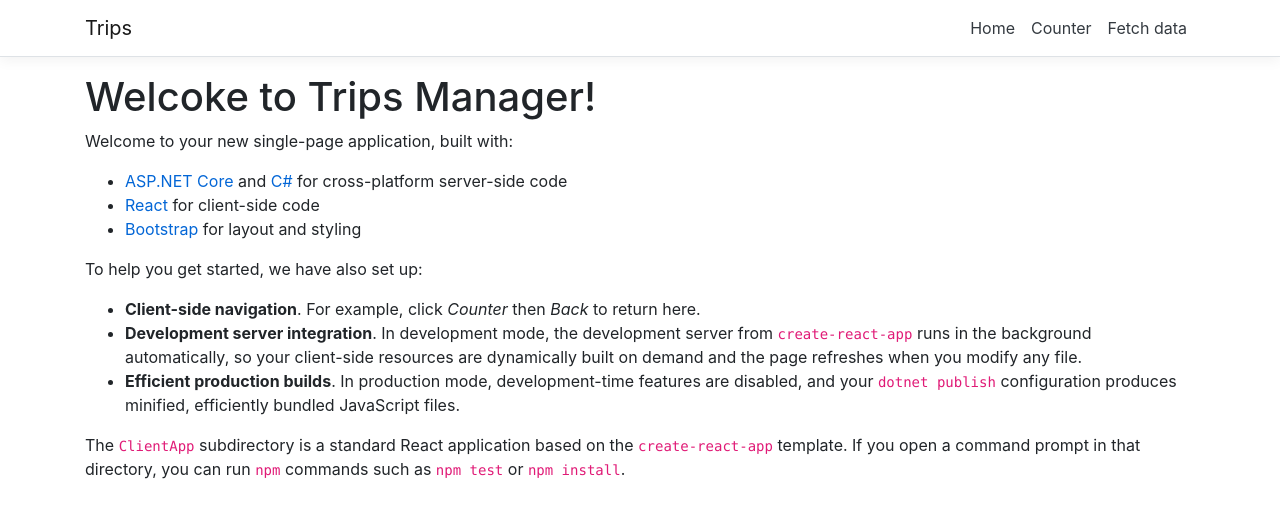
Repository: DevLuDaley/Trips
Page: / (app in ClientApp/)
An editor plug-in stored every save of this project. The page is shown before and after the next save, followed by the edit.
The browser window is 1280 px wide. The pictures show the whole page.
The project was rebuilt for these pictures with package versions that can differ from the ones it lists, and the page was loaded fresh each time. Also part of the build but not shown: ClientApp/src/components/FetchData.js, ClientApp/src/components/Counter.js, ClientApp/src/components/Trip/Trips.jsx.

Above is the page before, as saved 2020-11-06 10:46:20.

### ClientApp/public/index.html
<!DOCTYPE html>
<html lang="en">
  <head>
    <meta charset="utf-8">
    <meta name="viewport" content="width=device-width, initial-scale=1, shrink-to-fit=no">
    <meta name="theme-color" content="#000000">
    <base href="%PUBLIC_URL%/" />
    <!--
      manifest.json provides metadata used when your web app is added to the
      homescreen on Android. See https://developers.google.com/web/fundamentals/engage-and-retain/web-app-manifest/
    -->
    <link rel="manifest" href="%PUBLIC_URL%/manifest.json">
    <link rel="shortcut icon" href="%PUBLIC_URL%/favicon.ico">
    <!--
      Notice the use of %PUBLIC_URL% in the tags above.
      It will be replaced with the URL of the `public` folder during the build.
      Only files inside the `public` folder can be referenced from the HTML.

      Unlike "/favicon.ico" or "favicon.ico", "%PUBLIC_URL%/favicon.ico" will
      work correctly both with client-side routing and a non-root public URL.
      Learn how to configure a non-root public URL by running `npm run build`.
    -->
    <title>Trips</title>
  </head>
  <body>
    <noscript>
      You need to enable JavaScript to run this app.
    </noscript>
    <div id="root"></div>
    <!--
      This HTML file is a template.
      If you open it directly in the browser, you will see an empty page.

      You can add webfonts, meta tags, or analytics to this file.
      The build step will place the bundled scripts into the <body> tag.

      To begin the development, run `npm start` or `yarn start`.
      To create a production bundle, use `npm run build` or `yarn build`.
    -->
  </body>
</html>

### ClientApp/src/App.js
import React, { Component } from 'react';
import { Route } from 'react-router';
import { Layout } from './components/Layout';
import { Home } from './components/Home';
import { FetchData } from './components/FetchData';
import { Counter } from './components/Counter';

import './custom.css'
import Trips from './components/Trip/Trips.jsx';

export default class App extends Component {
  static displayName = App.name;

  render () {
    return (
      <Layout>
        <Route exact path='/' component={Home} />
        <Route path='/counter' component={Counter} />
        <Route path='/fetch-data' component={FetchData} />
        <Route path='/trips' component={Trips} />
      </Layout>
    );
  }
}

### ClientApp/src/components/Home.js
import React, { Component } from 'react';

export class Home extends Component {
  static displayName = Home.name;

  render () {
    return (
      <div>
        <h1>Welcoke to Trips Manager!</h1>
        <p>Welcome to your new single-page application, built with:</p>
        <ul>
          <li><a href='https://get.asp.net/'>ASP.NET Core</a> and <a href='https://msdn.microsoft.com/en-us/library/67ef8sbd.aspx'>C#</a> for cross-platform server-side code</li>
          <li><a href='https://facebook.github.io/react/'>React</a> for client-side code</li>
          <li><a href='http://getbootstrap.com/'>Bootstrap</a> for layout and styling</li>
        </ul>
        <p>To help you get started, we have also set up:</p>
        <ul>
          <li><strong>Client-side navigation</strong>. For example, click <em>Counter</em> then <em>Back</em> to return here.</li>
          <li><strong>Development server integration</strong>. In development mode, the development server from <code>create-react-app</code> runs in the background automatically, so your client-side resources are dynamically built on demand and the page refreshes when you modify any file.</li>
          <li><strong>Efficient production builds</strong>. In production mode, development-time features are disabled, and your <code>dotnet publish</code> configuration produces minified, efficiently bundled JavaScript files.</li>
        </ul>
        <p>The <code>ClientApp</code> subdirectory is a standard React application based on the <code>create-react-app</code> template. If you open a command prompt in that directory, you can run <code>npm</code> commands such as <code>npm test</code> or <code>npm install</code>.</p>
      </div>
    );
  }
}

### ClientApp/src/components/NavMenu.js
import React, { Component } from 'react';
import { Collapse, Container, Navbar, NavbarBrand, NavbarToggler, NavItem, NavLink } from 'reactstrap';
import { Link } from 'react-router-dom';
import './NavMenu.css';

export class NavMenu extends Component {
  static displayName = NavMenu.name;

  constructor (props) {
    super(props);

    this.toggleNavbar = this.toggleNavbar.bind(this);
    this.state = {
      collapsed: true
    };
  }

  toggleNavbar () {
    this.setState({
      collapsed: !this.state.collapsed
    });
  }

  render () {
    return (
      <header>
        <Navbar className="navbar-expand-sm navbar-toggleable-sm ng-white border-bottom box-shadow mb-3" light>
          <Container>
            <NavbarBrand tag={Link} to="/trips">Trips</NavbarBrand>
            <NavbarToggler onClick={this.toggleNavbar} className="mr-2" />
            <Collapse className="d-sm-inline-flex flex-sm-row-reverse" isOpen={!this.state.collapsed} navbar>
              <ul className="navbar-nav flex-grow">
                <NavItem>
                  <NavLink tag={Link} className="text-dark" to="/">Home</NavLink>
                </NavItem>
                <NavItem>
                  <NavLink tag={Link} className="text-dark" to="/counter">Counter</NavLink>
                </NavItem>
                <NavItem>
                  <NavLink tag={Link} className="text-dark" to="/fetch-data">Fetch data</NavLink>
                </NavItem>
              </ul>
            </Collapse>
          </Container>
        </Navbar>
      </header>
    );
  }
}

Loaded but not shown: ClientApp/src/index.js (common file); ClientApp/src/registerServiceWorker.js (common file); ClientApp/src/components/Layout.js (common file); ClientApp/src/custom.css (common file); ClientApp/src/components/NavMenu.css (common file)

After the next save:
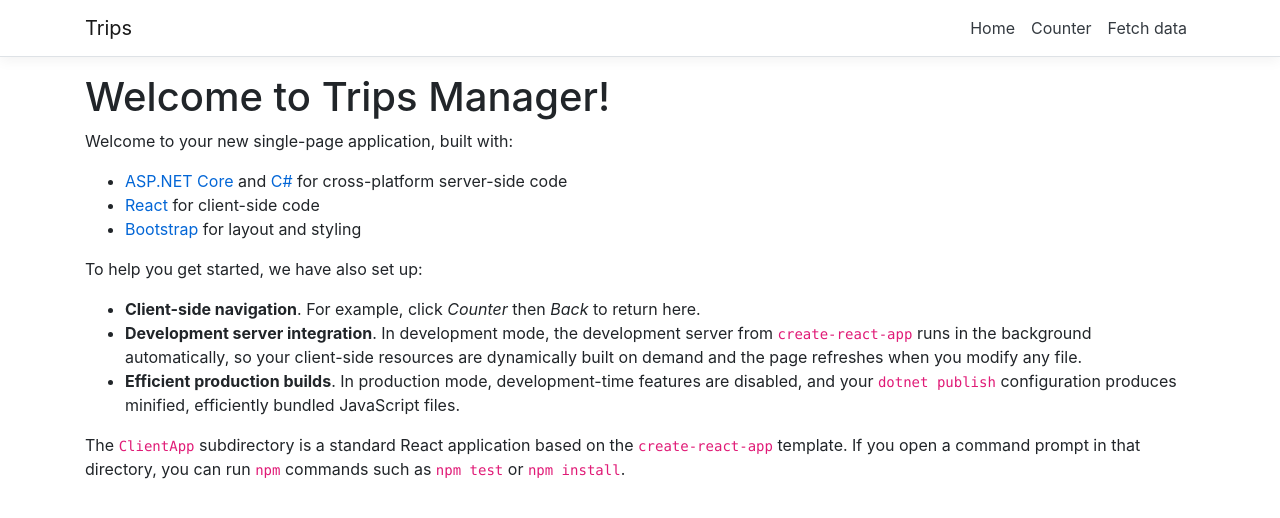
Saved 6 s later.
--- a/ClientApp/src/components/Home.js
+++ b/ClientApp/src/components/Home.js
@@ -6,7 +6,7 @@ export class Home extends Component {
   render () {
     return (
       <div>
-        <h1>Welcoke to Trips Manager!</h1>
+        <h1>Welcome to Trips Manager!</h1>
         <p>Welcome to your new single-page application, built with:</p>
         <ul>
           <li><a href='https://get.asp.net/'>ASP.NET Core</a> and <a href='https://msdn.microsoft.com/en-us/library/67ef8sbd.aspx'>C#</a> for cross-platform server-side code</li>
